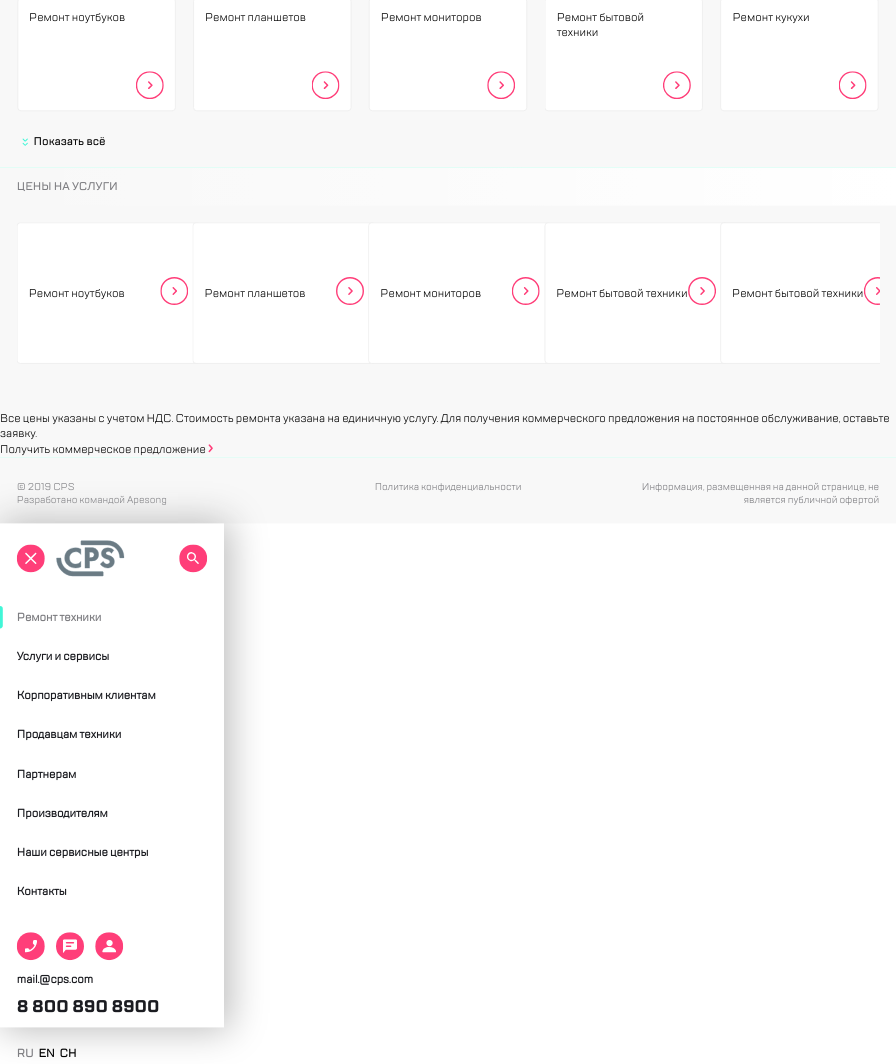
Repository: Dedoxa/WebCoreF
Page: /
The author's editor kept a copy of each file at every save. The page is drawn from the files as they stood at one save, then again after the next save.
The browser window is 1280 px wide. The pictures show the part of the page from y = 914 to 2834 px (the page is 2434 px tall before and 2834 px after), at 70% of full size.
The project was rebuilt for these pictures with package versions that can differ from the ones it lists, and the page was loaded fresh each time. Also part of the build but not shown: webpack.config.js.

Above is the page before, as saved 2024-06-15 18:53:39.

### src/index.html
<!DOCTYPE html>
<html lang="en">
  <head>
    <meta charset="UTF-8" />
    <meta
      name="viewport"
      content="width=device-width, user-scalable=no, initial-scale=1.0, maximum-scale=1.0, minimum-scale=1.0"
    />
    <meta http-equiv="X-UA-Compatible" content="ie=edge" />
    <title>WebCoreFinal</title>
  </head>
  <body>
    <header class="header">
      <div class="header__left-side">
        <a id="burger" href="#" class="icon header__icon"></a>
        <a id="logo" href="#" class="icon header__icon"></a>
      </div>
      <div class="header__right-side">
        <a id="call" href="#" class="icon header__icon"></a>
        <a id="chat" href="#" class="icon header__icon"></a>
        <a id="profile" href="#" class="icon header__icon"></a>
        <a id="repair" href="#" class="icon header__icon"></a>
        <a id="checkStatus" href="#" class="icon header__icon"></a>
      </div>
    </header>
    <main>
      <section class="presentation">
        <div class="presentation__wrapper">
          <div class="presentation__title">
            <h1 class="presentation__heading">Услуги и сервисы</h1>
            <div class="presentation__right-area">
              <label class="presentation__icon-area">
                <span class="presentation__icon-text">Оставить заявку</span>
                <a id="repair" href="#" class="icon presentation__icon"></a>
              </label>
              <label class="presentation__icon-area">
                <span class="presentation__icon-text">Статус ремонта</span>
                <a id="checkStatus" href="#" class="icon presentation__icon"></a>
              </label>
            </div>
          </div>
          <div class="presentation__buttons">
            <button href="#" class="presentation__button presentation__button--focus">
              Ремонтируемые бренды
            </button>
            <button href="#" class="presentation__button">
              Дополнительные услуги
            </button>
            <button href="#" class="presentation__button">
              Ремонтируемые устройства
            </button>
            <button href="#" class="presentation__button">
              Цены на услуги
            </button>
            <button href="#" class="presentation__button">
              Адреса сервисных центров
            </button>
            <button href="#" class="presentation__button">
              Специальные цены
            </button>
            <button href="#" class="presentation__button">Отзывы</button>
            <div class="presentation__right-fade-effect"></div>
          </div>
          <div class="presentation__container">
            <div class="presentation__description">
              <p class="presentation__text">
                Мы являемся авторизованным сервисным центром по ремонту техники
                Dell. Только у нас вы можете отремонтировать свой ноутбук Dell с
                официальной гарантией производителя. <br /><br />
                Мы успешно работаем с 1992 года и заслужили репутацию надежного
                партнера, что подтверждает большое количество постоянных клиентов.
                Мы гордимся тем, что к нам обращаются по рекомендациям и, в свою
                очередь, советуют нас родным и близким.
              </p>
              <span class="presentation__toggler">Читать далее</span>
            </div>
            <img src="img/CPS-img-tablet.jpg" alt="" class="presentation__image-tablet" />
            <img
              src="img/CPS-img-desktop.jpg"
              alt=""
              class="presentation__image-desktop"
            />
          </div>
        </div>
        <img src="img/CPS-img-phone.jpg" alt="" class="presentation__image-phone" />
      </section>
      <section class="plates">
        <header class="plates__heading">
            <div class="plates__wrapper plates__wrapper-heading">
                <span>Ремонт техники различных брендов</span>
            </div>
        </header>
        <div class="plates__content-area">
            <div class="plates__wrapper">
                <div class="plates__swiper-container">
                    <div class="swiper plates__swiper">
                        <div id="plate-options" class="swiper-wrapper plates__brands-wrapper">
                            <div class="swiper-slide plates__slide">
                                <div class="plates__brand-plate">
                                    <img src="../img/logo-lenovo.png"  width="108" height="32"  class="plates__logo"></img>
                                    <div class="plates__dropdown-wrapper">
                                      <img src="./img/ic-dropdown.svg"></img>
                                    </div>
                                </div>
                            </div>
                            <div class="swiper-slide plates__slide">
                                <div class="plates__brand-plate">
                                    <img src="../img/logo-samsung.png" width="116" height="38.52" class="plates__logo"></img>
                                    <div class="plates__dropdown-wrapper">
                                      <img src="./img/ic-dropdown.svg"></img>
                                    </div>
                                </div>
                            </div>
                            <div class="swiper-slide plates__slide">
                                <div class="plates__brand-plate">
                                    <img src="../img/logo-apple.png" width="44" height="44" class="plates__logo"></img>
                                    <div class="plates__dropdown-wrapper">
                                      <img src="./img/ic-dropdown.svg"></img>
                                    </div>
                                </div>
                            </div>
                            <div class="swiper-slide plates__slide">
                                <div class="plates__brand-plate">
                                    <img src="../img/logo-viewSonic.png" width="128" height="21" class="plates__logo"></img>
                                    <div class="plates__dropdown-wrapper">
                                      <img src="./img/ic-dropdown.svg"></img>
                                    </div>
                                </div>
                            </div>
                            <div class="swiper-slide plates__slide">
                                <div class="plates__brand-plate">
                                    <img src="../img/logo-bosch.png" width="128" height="28.6" class="plates__logo"></img>
                                    <div class="plates__dropdown-wrapper">
                                      <img src="./img/ic-dropdown.svg"></img>
                                    </div>
                                </div>
                            </div>
                            <div class="swiper-slide plates__slide">
                                <div class="plates__brand-plate">
                                    <img src="../img/logo-hp.png" width="52" height="52" class="plates__logo"></img>
                                    <div class="plates__dropdown-wrapper">
                                      <img src="./img/ic-dropdown.svg"></img>
                                    </div>
                                </div>
                            </div>
                            <div class="swiper-slide plates__slide">
                                <div class="plates__brand-plate">
                                    <img src="../img/logo-acer.png" width="94" height="24" class="plates__logo"></img>
                                    <div class="plates__dropdown-wrapper">
                                      <img src="./img/ic-dropdown.svg"></img>
                                    </div>
                                </div>
                            </div>
                            <div class="swiper-slide plates__slide">
                                <div class="plates__brand-plate">
                                    <img src="../img/logo-sony.png" width="128" height="25.6" class="plates__logo"></img>
                                    <div class="plates__dropdown-wrapper">
                                      <img src="./img/ic-dropdown.svg"></img>
                                    </div>
                                </div>
                            </div>
                            <div class="swiper-slide plates__slide">
                                <div class="plates__brand-plate">
                                    <img src="../img/logo-lenovo.png"  width="108" height="32"  class="plates__logo"></img>
                                    <div class="plates__dropdown-wrapper">
                                      <img src="./img/ic-dropdown.svg"></img>
                                    </div>
                                </div>
                            </div>
                        </div>
                        <div class="swiper-pagination"></div>
                    </div>
                </div>
            </div>
            <div class="plates__toggler-area">
                <label class="plates__wrapper plates__wrapper-toggler">
                    <span id="plates-toggler" class="plates__toggler">Показать всё</span>
                </label>
            </div>
        </div>
      </section>
      <section class="plates">
        <header class="plates__heading">
            <div class="plates__wrapper plates__wrapper-heading">
                <span>Ремонт различных видов техники</span>
            </div>
        </header>
        <div class="plates__content-area">
            <div class="plates__wrapper">
                <div class="plates__swiper-container">
                    <div class="swiper plates__swiper">
                        <div id="device-options" class="swiper-wrapper plates__devices-wrapper">
                            <div class="swiper-slide plates__slide">
                                <div class="plates__device-plate">
                                  <span class="plates__logo">Ремонт ноутбуков</span>
                                  <div class="plates__dropdown-wrapper">
                                    <img src="./img/ic-dropdown.svg"></img>
                                  </div>
                                </div>
                            </div>
                            <div class="swiper-slide plates__slide">
                                <div class="plates__device-plate">
                                  <span class="plates__logo">Ремонт планшетов</span>
                                  <div class="plates__dropdown-wrapper">
                                    <img src="./img/ic-dropdown.svg"></img>
                                  </div>
                                </div>
                            </div>
                            <div class="swiper-slide plates__slide">
                                <div class="plates__device-plate">
                                  <span class="plates__logo">Ремонт мониторов</span>
                                  <div class="plates__dropdown-wrapper">
                                    <img src="./img/ic-dropdown.svg"></img>
                                  </div>
                                </div>
                            </div>
                            <div class="swiper-slide plates__slide">
                                <div class="plates__device-plate">
                                  <span class="plates__logo">Ремонт бытовой техники</span>
                                  <div class="plates__dropdown-wrapper">
                                    <img src="./img/ic-dropdown.svg"></img>
                                  </div>
                                </div>
                            </div>
                            <div class="swiper-slide plates__slide">
                                <div class="plates__device-plate">
                                  <span class="plates__logo">Ремонт кукухи</span>
                                  <div class="plates__dropdown-wrapper">
                                    <img src="./img/ic-dropdown.svg"></img>
                                  </div>
                                </div>
                            </div>
                            <div class="swiper-slide plates__slide">
                                <div class="plates__device-plate">
                                  <span class="plates__logo">Ремонт шмемонт</span>
                                  <div class="plates__dropdown-wrapper">
                                    <img src="./img/ic-dropdown.svg"></img>
                                  </div>
                                </div>
                            </div>
                            <div class="swiper-slide plates__slide">
                                <div class="plates__device-plate">
                                  <span class="plates__logo">Ремонт бельмонт</span>
                                  <div class="plates__dropdown-wrapper">
                                    <img src="./img/ic-dropdown.svg"></img>
                                  </div>
                                </div>
                            </div>
                            <div class="swiper-slide plates__slide">
                                <div class="plates__device-plate">
                                  <span class="plates__logo">Ремонт взял тебя на понт</span>
                                  <div class="plates__dropdown-wrapper">
                                    <img src="./img/ic-dropdown.svg"></img>
                                  </div>
                                </div>
                            </div>
                            <div class="swiper-slide plates__slide">
                                <div class="plates__device-plate">
                                  <span class="plates__logo">Ремонт дорог (вечный*)</span>
                                  <div class="plates__dropdown-wrapper">
                                    <img src="./img/ic-dropdown.svg"></img>
                                  </div>
                                </div>
                            </div>
                        </div>
                        <div class="swiper-pagination"></div>
                    </div>
                </div>
            </div>
            <div class="plates__toggler-area">
                <label class="plates__wrapper plates__wrapper-toggler">
                    <span id="devices-toggler" class="plates__toggler">Показать всё</span>
                </label>
            </div>
        </div>
      </section>
      <section class="plates">
        <header class="plates__heading">
          <div class="plates__wrapper plates__wrapper-heading">
            <span>Цены на услуги</span>
          </div>
        </header>
        <div class="plates__content-area">
          <div class="plates__wrapper">
            <div class="plates__swiper-container">
              <div class="swiper plates__swiper">
                <div class="swiper-wrapper plates__table-wrapper">
                  <div class="swiper-slide plates__slide">
                    <div class="plates__table-plate">
                      <span class="plates__logo">Ремонт ноутбуков</span>
                      <div class="plates__dropdown-wrapper">
                        <img src="./img/ic-dropdown.svg"/>
                      </div>
                    </div>
                  </div>
                  <div class="swiper-slide plates__slide">
                    <div class="plates__table-plate">
                      <span class="plates__logo">Ремонт планшетов</span>
                      <div class="plates__dropdown-wrapper">
                        <img src="./img/ic-dropdown.svg"/>
                      </div>
                    </div>
                  </div>
                  <div class="swiper-slide plates__slide">
                    <div class="plates__table-plate">
                      <span class="plates__logo">Ремонт мониторов</span>
                      <div class="plates__dropdown-wrapper">
                        <img src="./img/ic-dropdown.svg"/>
                      </div>
                    </div>
                  </div>
                  <div class="swiper-slide plates__slide">
                    <div class="plates__table-plate">
                      <span class="plates__logo">Ремонт бытовой техники</span>
                      <div class="plates__dropdown-wrapper">
                        <img src="./img/ic-dropdown.svg"/>
                      </div>
                    </div>
                  </div>
                  <div class="swiper-slide plates__slide">
                    <div class="plates__table-plate">
                      <span class="plates__logo">Ремонт бытовой техники</span>
                      <div class="plates__dropdown-wrapper">
                        <img src="./img/ic-dropdown.svg"/>
                      </div>
                    </div>
                  </div>
                </div>
                <div class="swiper-pagination"></div>
              </div>
            </div>
          </div>
        </div>
        <div class="prices">
          <span>Все цены указаны с учетом НДС. Стоимость ремонта указана на единичную услугу. Для получения коммерческого предложения на постоянное обслуживание, оставьте заявку.</span>
          <div>
            <span>Получить коммерческое предложение</span>
            <img src="./img/ic-right-pink-arrow.svg">
          </div>
        </div>
      </section>
      <footer class="footer">
        <div class="footer__wrapper">
            <div>
              <p>© 2019 CPS<br>Разработано командой Apesong</p>
            </div>
            <div>
              <p>Политика конфиденциальности</p>
            </div>
            <div>
              <p>Информация, размещенная на данной странице, не является публичной офертой</p>
            </div>
      </footer>

      <aside class="aside-menu">
        <div class="aside-menu__wrapper">
          <div>
            <div class="aside-menu__header">
              <div class="aside-menu__subwrapper">
                <div class="aside-menu__header-left">
                  <a id="cross" href="#" class="icon aside-menu__icon"></a>
                  <a id="logo" href="#" class="icon aside-menu__icon"></a>
                </div>
                <div class="aside-menu__header-right">
                  <a id="search" href="#" class="icon aside-menu__icon"></a>
                </div>
              </div>
            </div>
            <ul class="aside-menu__links-list">
              <li class="aside-menu__link aside-menu__link--active">
                <a href="#" class=""> Ремонт техники </a>
              </li>
              <li class="aside-menu__link"><a href="#"> Услуги и сервисы </a></li>
              <li class="aside-menu__link"><a href="#"> Корпоративным клиентам </a></li>
              <li class="aside-menu__link"><a href="#"> Продавцам техники </a></li>
              <li class="aside-menu__link"><a href="#"> Партнерам </a></li>
              <li class="aside-menu__link"><a href="#"> Производителям </a></li>
              <li class="aside-menu__link"><a href="#"> Наши сервисные центры </a></li>
              <li class="aside-menu__link"><a href="#"> Контакты </a></li>
            </ul>
          </div>
          <section class="aside-menu__down-section">
            <div class="aside-menu__down-wrapper">
              <div class="aside-menu__down-icons">
                <a id="call" href="#" class="icon aside-menu__icon"></a>
                <a id="chat" href="#" class="icon aside-menu__icon"></a>
                <a id="profile" href="#" class="icon aside-menu__icon"></a>
              </div>
              <div>
                <a href="mailto:mail.@cps.com" class="aside-menu__email"><span>mail.@cps.com</span></a>
                <a href="tel:+88008908900" class="aside-menu__phone-number"><span>8 800 890 8900</span></a>
              </div>
              <div class="aside-menu__language-choice">
                <span class="aside-menu__language-option aside-menu__language-option--active">RU</span>
                <span class="aside-menu__language-option">EN</span>
                <span class="aside-menu__language-option">CH</span>
              </div>
            </div>
          </section>
        </div>
      </aside>
    </main>
  </body>
</html>

### src/scss/(tag)svg.scss
svg {
  position: absolute;
  top: 50%;
  left: 50%;
  transform: translate(-50%, -50%);
}

### src/scss/jsExpand.scss
.jsExpand {
  height: max-content !important;
}

### src/scss/prices.scss
.priceText {
  font-size: 14px;
}

Loaded but not shown: src/js/js.js (51 lines, source omitted); src/js/index.js (4 lines, source omitted); src/scss/presentation.scss (262 lines, source omitted); src/scss/plates.scss (208 lines, source omitted); src/scss/aside-menu.scss (163 lines, source omitted); src/scss/header.scss (87 lines, source omitted); src/scss/(import)fonts.scss (29 lines, source omitted); src/scss/footer.scss (56 lines, source omitted); src/scss/(id)icons.scss (37 lines, source omitted); src/scss/style.scss (15 lines, source omitted); src/scss/icon.scss (17 lines, source omitted); src/scss/(tag)html.scss (17 lines, source omitted); src/scss/swiper-castomization.scss (11 lines, source omitted)

After the next save:
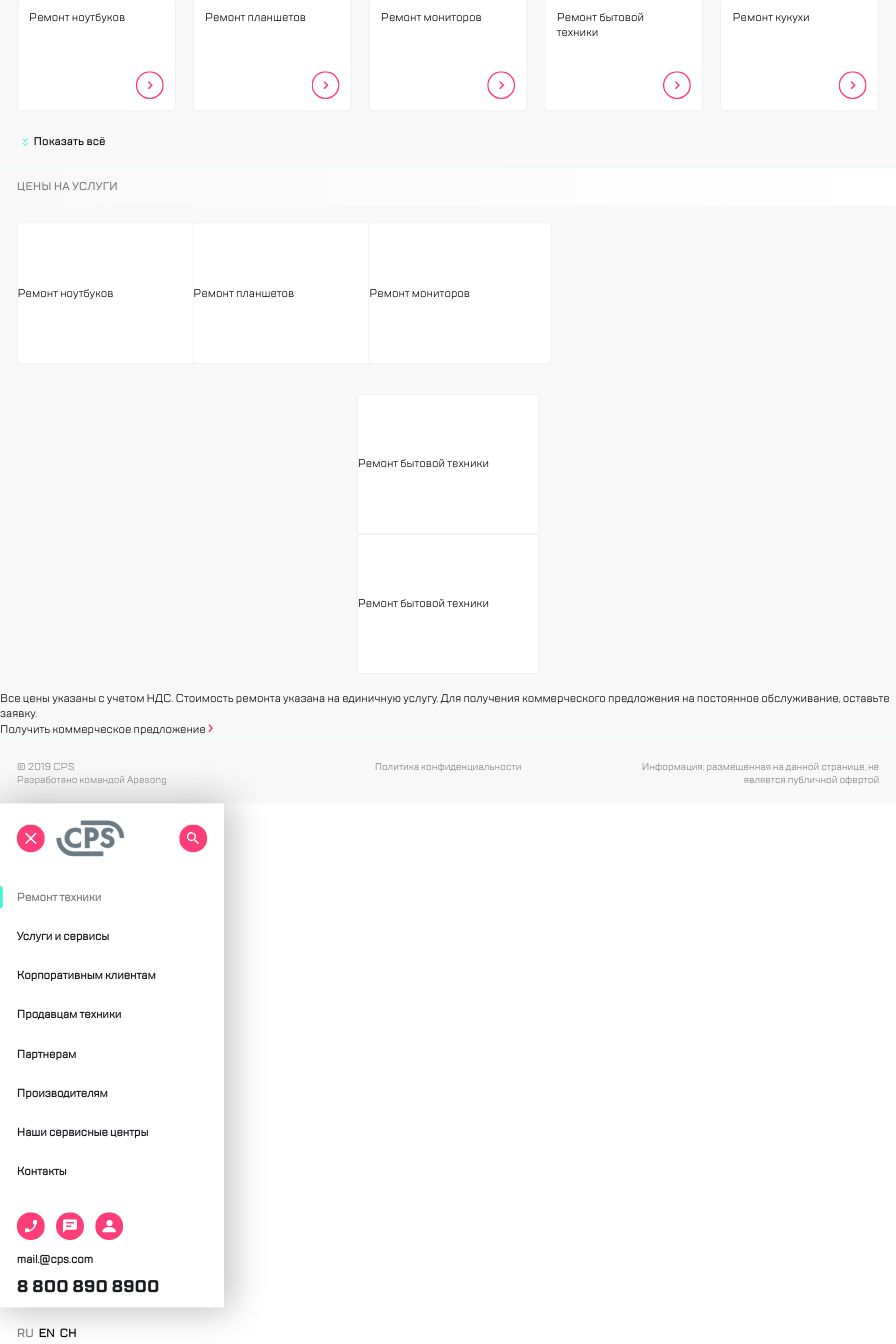
Saved 2 min 34 s later.
--- a/src/index.html
+++ b/src/index.html
@@ -287,41 +287,29 @@
                 <div class="swiper-wrapper plates__table-wrapper">
                   <div class="swiper-slide plates__slide">
                     <div class="plates__table-plate">
-                      <span class="plates__logo">Ремонт ноутбуков</span>
-                      <div class="plates__dropdown-wrapper">
-                        <img src="./img/ic-dropdown.svg"/>
+                      <span>Ремонт ноутбуков</span>
+                    </div>
+                  </div>
+                  <div class="swiper-slide plates__slide">
+                    <div class="plates__table-plate">
+                      <span>Ремонт планшетов</span>
+                    </div>
+                  </div>
+                  <div class="swiper-slide plates__slide">
+                    <div class="plates__table-plate">
+                      <span>Ремонт мониторов</span>
                       </div>
                     </div>
                   </div>
                   <div class="swiper-slide plates__slide">
                     <div class="plates__table-plate">
-                      <span class="plates__logo">Ремонт планшетов</span>
-                      <div class="plates__dropdown-wrapper">
-                        <img src="./img/ic-dropdown.svg"/>
+                      <span>Ремонт бытовой техники</span>
                       </div>
                     </div>
                   </div>
                   <div class="swiper-slide plates__slide">
                     <div class="plates__table-plate">
-                      <span class="plates__logo">Ремонт мониторов</span>
-                      <div class="plates__dropdown-wrapper">
-                        <img src="./img/ic-dropdown.svg"/>
-                      </div>
-                    </div>
-                  </div>
-                  <div class="swiper-slide plates__slide">
-                    <div class="plates__table-plate">
-                      <span class="plates__logo">Ремонт бытовой техники</span>
-                      <div class="plates__dropdown-wrapper">
-                        <img src="./img/ic-dropdown.svg"/>
-                      </div>
-                    </div>
-                  </div>
-                  <div class="swiper-slide plates__slide">
-                    <div class="plates__table-plate">
-                      <span class="plates__logo">Ремонт бытовой техники</span>
-                      <div class="plates__dropdown-wrapper">
-                        <img src="./img/ic-dropdown.svg"/>
+                      <span>Ремонт бытовой техники</span>
                       </div>
                     </div>
                   </div>
